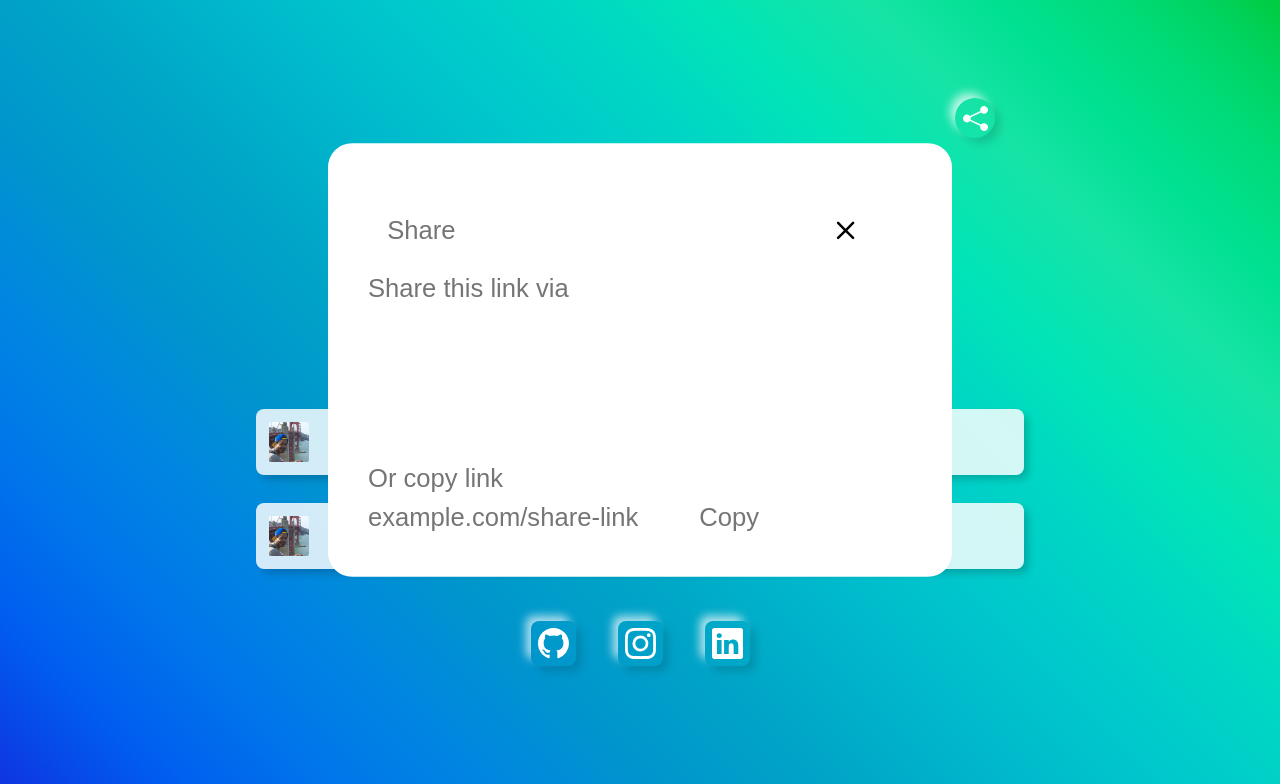
Repository: MateLaDBrouille97/linktree
Page: /
The author's editor kept a copy of each file at every save. The page is drawn from the files as they stood at one save, then again after the next save.
The browser window is 1280 px wide. The pictures show the whole page.
The project was rebuilt for these pictures with package versions that can differ from the ones it lists, and the page was loaded fresh each time. The framework's server and built-in components were replaced by stand-ins that run in the browser. Also part of the build but not shown: next.config.js, styles/Home.module.css, styles/scrollup.css.

Above is the page before, as saved 2023-01-23 21:35:37.

### app/layout.tsx
"use client";

import '@/styles/globals.css'
import '../styles/Home.module.css';
import '../styles/scrollup.css';
import '../styles/home.css';
import '../styles/socials.css';
import '../styles/share.css';
import ScrollDow from '../components/ScrollDow';
import ScrollUp from '../components/scrollup/ScrollUp'

export default function RootLayout({
    children,
  }: {
    children: React.ReactNode;
  }) {
    return (
      <html lang="en">
        <body>{children}</body>
        {/* <ScrollDow/> */}
        {/* <ScrollUp/> */}
      </html>
    );
  }

### app/page.tsx
"use client";

import Image from "next/image";
import data from "data.json";
import image from "../public/ManuelTL2.jpg";
import image1 from "../public/ManuelTL2.jpg";
import { useEffect, useState } from "react";
import Socials from "../components/Socials";
import Share from "@/components/Share";

function LinkCard({
  href,
  title,
  image,
}: {
  href: string;
  title: string;
  image?: string;
}) {
  return (
    <a
      href={href}
      className="flex items-center p-3 w-full rounded-lg hover:scale-105 transition-all bg-gray-100 mb-3 -mt-2 max-w-3xl home__linkcard-box"
    >
      <div className="flex text-center w-full home__linkcard-card">
        <div className="w-10 h-10 home__linkcard-img">
          {image1 && (
            <Image
              className="rounded-sm"
              alt={data.name}
              src={image1}
              width={40}
              height={40}
            />
          )}
        </div>
        <h2 className="flex justify-center items-center font-semibold w-full text-gray-700 -ml-10 home__linkcard-title">
          {title}
        </h2>
      </div>
    </a>
  );
}

export default function Home() {
  /*==================== Toggle Menu ====================== */
  const [toggle, showMenu] = useState(false);
  const [activeNav, setActiveNav] = useState("#home");

  /* +++++++++++++++++++++++++++++++++++++++++++++++++ */
  // const { dbUser, image } = useUserContext();

  // const breakpoints = (width) => {
  //   if (width < 640) {
  //     return "xs";
  //   } else if (width >= 640 && width < 768) {
  //     return "sm";
  //   } else if (width >= 768 && width < 1024) {
  //     return "md";
  //   } else if (width >= 1024) {
  //     return "lg";
  //   }
  // };

  // const [breakpoint, setBreakpoint] = useState(() =>
  //   breakpoints(typeof window !== "undefined" && window.innerWidth)
  // );

  useEffect(() => {
    if (toggle) {
      // const calcInnerWidth = function () {
      //   setBreakpoint(breakpoints(window.innerWidth));
      // };
      // window.addEventListener("resize", calcInnerWidth);
      window.addEventListener("scroll", function () {
        const header = this.document.querySelector(".header");
        //scroll higher than 200 viewport height
        //add scroll header class to a tag with the scroll-top
        if (this.scrollY >= 80) header?.classList.add("scroll-header");
        else header?.classList.remove("scroll-header");
      });
    }
  }, []);

  useEffect(() => {
    showMenu(true);
  }, []);

  return (
    <div className="flex items-center flex-col mx-auto w-full justify-center mt-16 px-8 ">
      <Share/>
      <a
        href="#home"
        onClick={() => setActiveNav("#home")}
        // className={
        //   activeNav === "#home" ? "nav__logo active-link" : "nav__logo"
        // }
      >
        <Image
          className="rounded-full"
          alt={data.name}
          src={image}
          width={96}
          height={96}
        />
      </a>

      <h1 className="font-semibold mt-4 mb-8 text-xl" style={{color:"white"}}>{data.name}</h1>
      <h3 className="home__description" style={{color:"white"}}>{data.small_description}</h3>

      <div className="grid place-items-center w-full mt-2">
        {data.links.map((link) => (
          <LinkCard key={link.href} {...link} />
        ))}
      </div>

      <div className="gap-3 items-center flex mt-10">
        {data?.socials?.map((social) => {
         return(

          <Socials title={social?.title} key={social?.href} />
          )
        })}
      </div>
    </div>
  );
}

### styles/globals.css
@tailwind base;
@tailwind components;
@tailwind utilities;

body{
  height:100vh;
  background-image: linear-gradient(
  45deg,
  hsl(229deg 88% 47%) 0%,
  hsl(217deg 100% 47%) 8%,
  hsl(210deg 100% 46%) 16%,
  hsl(204deg 100% 44%) 24%,
  hsl(196deg 100% 40%) 32%,
  hsl(190deg 100% 39%) 41%,
  hsl(186deg 100% 40%) 49%,
  hsl(181deg 100% 40%) 57%,
  hsl(175deg 100% 42%) 65%,
  hsl(168deg 99% 45%) 72%,
  hsl(162deg 82% 49%) 80%,
  hsl(159deg 100% 44%) 86%,
  hsl(153deg 100% 43%) 92%,
  hsl(146deg 100% 41%) 97%,
  hsl(138deg 100% 40%) 100%
);
}

@import  url('https://api.iconify.design/material-symbols/arrow-upward.svg');

/*=============== GOOGLE FONTS ===============*/
@import url("https://fonts.googleapis.com/css2?family=Poppins:wght@400;500;600&display=swap");

/*=================== NEXT.JS ================*/

html,
body {
  padding: 0;
  margin: 0;
  font-family: -apple-system, BlinkMacSystemFont, Segoe UI, Roboto, Oxygen,
    Ubuntu, Cantarell, Fira Sans, Droid Sans, Helvetica Neue, sans-serif;
}

h1 {
  font-size: 1.75rem;
}




/*=============== VARIABLES CSS ===============*/
:root {
  --header-height: 3rem;

  /*========== Colors ==========*/
  /*Color mode HSL(hue, saturation, lightness)*/
  --hue: 0;
  --sat: 0%;
  --title-color: hsl(var(--hue), var(--sat), 20%);
  --title-color-dark: hsl(var(--hue), var(--sat), 0%);
  --text-color: hsl(var(--hue), var(--sat), 46%);
  --body-color: hsl(var(--hue), var(--sat), 98%);
  --container-color: #fff;

  /*========== Font and typography ==========*/
  --body-font: "Poppins", sans-serif;

  /*.5rem = 8px | 1rem = 16px ...*/
  --big-font-size: 3.5rem;
  --h1-font-size: 2.75rem;
  --h2-font-size: 1.5rem;
  --h3-font-size: 1.25rem;
  --normal-font-size: 1rem;
  --small-font-size: 0.875rem;
  --smaller-font-size: 0.813rem;
  --tiny-font-size: 0.625rem;

  /*========== Font weight ==========*/
  --font-normal: 400;
  --font-medium: 500;
  --font-semi-bold: 600;

  /*========== Margenes Bottom ==========*/
  /*.5rem = 8px | 1rem = 16px ...*/
  --mb-0-25: 0.25rem;
  --mb-0-5: 0.5rem;
  --mb-0-75: 0.75rem;
  --mb-1: 1rem;
  --mb-1-5: 1.5rem;
  --mb-2: 2rem;
  --mb-2-5: 2.5rem;
  --mb-3: 3rem;

  /*========== z index ==========*/
  --z-tooltip: 10;
  --z-fixed: 100;
  --z-modal: 1000;
}

/* Responsive typography */
@media screen and (max-width: 992px) {
  :root {
    --big-font-size: 2.75rem;
    --h1-font-size: 1.5rem;
    --h2-font-size: 1.25rem;
    --h3-font-size: 1rem;
    --normal-font-size: 0.938rem;
    --small-font-size: 0.813rem;
    --smaller-font-size: 0.75rem;
  }
}

/*=============== BASE ===============*/
* {
  margin: 0;
  padding: 0;
  box-sizing: border-box;
}

html {
  scroll-behavior: smooth;
}

body,
button,
input,
textarea {
  font-family: var(--body-font);
  font-size: var(--normal-font-size);
}

body {
  background-color: var(--body-color);
  color: var(--text-color);
}

h1,
h2,
h3 {
  color: var(--title-color);
  font-weight: var(--font-semi-bold);
}

ul {
  list-style: none;
}

a {
  text-decoration: none;
}

button {
  cursor: pointer;
  border: none;
  outline: none;
}

img {
  max-width: 100%;
  height: auto;
}

/*=============== REUSABLE CSS CLASSES ===============*/
.section {
  padding: 6rem 0 2rem;
}

.section__title {
  font-size: var(--h1-font-size);
  color: var(--title-color);
}

.section__subtitle {
  display: block;
  font-size: var(--normal-font-size);
  margin-bottom: 4rem;
}

.section__title,
.section__subtitle {
  text-align: center;
}

/*=============== LAYOUT ===============*/
.container {
  max-width: 968px;
  margin-left: auto;
  margin-right: auto;
}

.grid {
  display: grid;
  gap: 1.5rem;
}

/*=============== BUTTONS ===============*/
.button {
  display: inline-block;
  background-color:rgb(100, 189, 140);
  color: var(--container-color);
  padding: 1.25rem 2rem;
  border-radius: 1rem;
  font-weight: var(--font-medium);
}

.button:hover {
  background-color: rgb(81, 209, 138);
  color: var(--container-color);
}

.button__icon {
  margin-left: var(--mb-0-5);
}

.button--flex {
  display: inline-flex;
  align-items: center;

}




/*=============== BREAKPOINTS ===============*/
/* For large devices */
@media screen and (max-width: 992px) {
  .container {
    margin-left: var(--mb-1-5);
    margin-right: var(--mb-1-5);
  }

  .button {
    padding: 1rem 1.75rem;
  }

  .button__icon {
    width: 22px;
    height: 22px;
  }
}

/* For medium devices */
@media screen and (max-width: 768px) {
  body {
    margin: 0 0 var(--header-height) 0;
  }

  .section {
    padding: 2rem 0 4rem;
  }

  .section__subtitle {
    margin-bottom: var(--mb-3);
  }
}

@media screen and (max-width: 576px) {

}

/* For small devices */
@media screen and (max-width: 350px) {
  :root {
    --big-font-size: 2.25rem;
  }

  .container {
    margin-left: var(--mb-1);
    margin-right: var(--mb-1);
  }
}

### styles/home.css
.home__container{
    row-gap: 7rem;
}

.home__content{
    grid-template-columns: 116px repeat(2, 1fr);
    padding-top: 5.5rem;
    column-gap: 2rem;
    align-items: center;
}

.home__social{
    display:grid;
    grid-template-columns: max-content;
    row-gap: 1rem;
}

.home__social-icon{
    font-size:1.25rem;
    color: var(--title-color);
}

.home__social-icon:hover{
    color:rgb(165, 30, 75);
}



.home__social-icon:hover{
    color: var(--title-color-dark);
}

.home__title{
    font-size:var(--h1-font-size);
    margin-bottom:var(--mb-0-25);
}

.home__hand{
    width: 38px;
    height: 38px;
    margin-left: 0.4rem;
}

.home__subtitle{
    position: relative;
    font-size:var(--h3-font-size);
    padding-left: 5.4rem;
    font-weight: var(--font-normal);
    margin-bottom: var(--mb-1);
}

.home__subtitle::before{
    content:'';
    position:absolute;
    width: 70px;
    height:1px;
    background-color:var(--text-color);
    left:0;
    top:1rem;
}

.home__description{
    max-width:400px;
    margin-bottom: var(--mb-3);
    line-height: 1.7;
}

.home__linkcard-box{
    background-color: rgba(255, 255, 255, 0.829);
    border-color: whitesmoke;
    border-width: 3px;
    transition: transform 0.5s;
    box-shadow: 5px 5px 9px -1px rgba(0,0,0,0.2);

    border: 1px solid rgba(0,0,0,0);
    transition: transform 0.5s;
}

.home__linkcard-box:hover{
    box-shadow: 10px 10px 0px -1px rgba(0,0,0,0.15),
                1px 1px 0.5px  rgba(0,0,0,0.15),
                0px -12px 10px -10px  rgba(0,0,0,0.05);
     border: 1px solid   rgba(0,0,0,0.1);
    /* transform:translateY(-2px)  ;    */
}

.home__linkcard-box::after{
    transition: transform 0.5s;
}

.home__linkcard-box:hover::after .home__linkcard-title {
    transition: transform 0.7s;
}

.home__linkcard-box:hover::after .home__linkcard-img {
    transition: transform 0.7s;
}

.home__linkcard-box:hover .home__linkcard-title{
    transform:scale(1.05);
    transition: transform 0.5s;
}

.home__linkcard-box:hover .home__linkcard-img{
    transform:scale(1.15);
    transition: transform 0.5s;
}




.home__img{
/* background: url(../../assets/Mur.jpg); */
background-repeat: no-repeat;
background-position: center;
background-size: cover;
box-shadow: inset 0 0 0 9px rgb(255 255 255/30%);
order: 1;
justify-self: center;
width:375px ;
height: 350px;
animation: profile__animate 8s ease-in-out infinite 1s;
}

@keyframes profile__animate {
    0%{
        border-radius: 60% 40% 30% 70%/60% 30% 70% 40%;
    }

    50%{
        border-radius: 30% 60% 70% 40%/50% 60% 30% 60%;
    }

    100%{
        border-radius: 60% 40% 30% 70%/60% 30% 70% 40%;
    }
}

.home__scroll{
    position:fixed;
    left: 2.5rem;
    bottom: 3rem;
    /* opacity:0.8; */
    padding:0.3rem 0.5rem;
    border-radius:0.4rem;
    z-index: var(--z-tooltip);
    transition: .4s;
}


.wheel {
    animation: scroll 2s ease infinite;
}

@keyframes scroll{
    0% {
        transform: translateY(0);
    }
    30% {
        transform: translateY(3.7rem);
    }

}


.home__scroll-name{
    color: rgba(255, 255, 255, 0.829);
    font-weight: var(--font-medium);
    margin-right: var(--mb-0-25);
    margin-left: 2px;
}

.home__scroll-arrow{
    font-size: 1.25rem;
    color: rgba(255, 255, 255, 0.829);
}


/*=============== BREAKPOINTS ===============*/
/* For large devices */
@media screen and (max-width: 992px) {
    .home__content{
        grid-template-columns: 100px repeat(2, 1fr);
        column-gap: 1.25rem;

    }

    .home__hand{
        width:26px;
        height:26px;
    }

    .home__subtitle{
        padding-left: 3.75rem;
        margin-bottom: var(--mb-1);

    }

    .home__subtitle::before {
        width:42px;
        top:0.8rem;
    }

    .home__description{
        max-width: initial;
        margin-bottom: var(--mb-2-5);
    }

    .home__img{
        width:250px;
        height:250px;
        box-shadow:inset 0 0 0 8px rgb(255 255 255/30%)
    }

    .home__scroll{
        margin-left: 7.5rem;
    }



  }

  /* For medium devices */
  @media screen and (max-width: 768px) {
    .home__content{
        grid-template-columns: 0.5fr 3fr;
        padding-top: 3.5rem;
    }

    .home__img{
        order:initial;/* ordre d'apparition de l'element*/
        justify-self: initial;
        box-shadow: inset 0 0 0 9px rgb(255 255 255/30%);
        width:200px;
        height: 200px;
    }

    .home__data{
        grid-column:1/3;
    }

    .home__scroll{
        display:none;
    }


  }



  /* For small devices */
  @media screen and (max-width: 350px) {


    .home__img{

        width:180px ;
        height: 180px;
    }

    .home__hand{
        width:22px;
        height:22px;
    }


  }

### styles/socials.css
/* .social__link{
    color: var(--container-color);
    font-size: 1.125rem;
    padding: 0.4rem;
    border-radius:1.5rem;
    display: inline-flex;
} */
/*
.social__link:hover{
    background-color:rgba(44, 203, 224, 0.986);
} */

.social__link{
    display:flex;
    /* background-color: var(--container-color); */
    color: var(--container-color);
    height: 45px;
    width: 45px;
    margin: 0 15px;
    border-radius: 8px;
    align-items: center;
    justify-content:center;
    text-decoration: none;
    box-shadow: 6px 6px 10px -1px rgba(0,0,0,0.15),
                -6px -6px 10px -1px rgba(255,255,255,0.7);
    border: 1px solid   rgba(0,0,0,0);
    transition: transform 0.5s;
}

a svg {
    font-size: 38px;
    color: white;
    transition: transform 0.5s;
}


.social__link:hover{
    background-color: rgba(255, 255, 255, 0.829);
    box-shadow: inset 4px 4px 6px -1px rgba(0,0,0,0.2),
                inset -4px -4px 6px -1px rgba(255,255,255,0.7),
                -0.5px -0.5px 0px  rgba(255,255,255,1),
                0.5px 0.5px 0px  rgba(0,0,0,0.15),
                0px -12px 10px -10px  rgba(0,0,0,0.05);
    border: 1px solid   rgba(0,0,0,0.1);
    transform:translateY(2px)  ;
}


a:hover svg{
    transform: scale(1.10);
    fill: black;
    transition: transform 0.5s;
}

a:hover .bi-linkedin{
    fill:rgb(18, 83, 203) ;
    transform:scale(1.10);
    transition: transform 0.5s;
}

a:hover .bi-instagram{
    fill:#e64771;
    transform:scale(1.10);
    transition: transform 0.5s;
}


/*=============== BREAKPOINTS ===============*/
/* For large devices */
@media screen and (max-width: 992px) {


    .social__link:hover{

        box-shadow: inset 4px 4px 6px -1px rgba(0,0,0,0.2),
                    inset -4px -4px 6px -1px rgba(255,255,255,0.7),
                    -0.5px -0.5px 0px  rgba(255,255,255,1),
                    0.5px 0.5px 0px  rgba(0,0,0,0.15),
                    0px -12px 10px -10px  rgba(0,0,0,0.05);
        border: 1px solid   rgba(0,0,0,0.1);
        transform:translateY(2px)  ;
    }




  }

  /* For medium devices */
  @media screen and (max-width: 768px) {




  }



  /* For small devices */
  @media screen and (max-width: 350px) {





  }

### styles/share.css
/*          Share   Items  */

.share-link{
    display:flex;
    /* background-color: var(--container-color); */
    color: var(--container-color);
    height: 45px;
    width: 45px;
    margin: 0 15px;
    border-radius: 22px;
    align-items: center;
    justify-content:center;
    text-decoration: none;
    box-shadow: 6px 6px 10px -1px rgba(0,0,0,0.15),
                -6px -6px 10px -1px rgba(255,255,255,0.7);
    border: 1px solid   rgba(0,0,0,0);
    transition: transform 0.5s;
}

.share-link:hover{
    background-color: rgba(255, 255, 255, 0.829);
    box-shadow: inset 4px 4px 6px -1px rgba(0,0,0,0.2),
                inset -4px -4px 6px -1px rgba(255,255,255,0.7),
                -0.5px -0.5px 0px  rgba(255,255,255,1),
                0.5px 0.5px 0px  rgba(0,0,0,0.15),
                0px -12px 10px -10px  rgba(0,0,0,0.05);
    border: 1px solid   rgba(0,0,0,0.1);
    transform:translateY(2px)  ;
}



/* .share-link .bi-share-fill{
    fill: white;
} */

.share-link:hover .bi-share-fill{
    fill: black;
    transform:scale(1.10);
    transition: transform 0.5s;

}

header{
    width:95%;
    max-width: 788px;
    display: flex;
    justify-content: flex-end;
    padding: 12px;
    margin-top: 5px;
}

.share-button{
    width: 40px;
    height: 40px;
    border-radius:20px;
    color: var(--container-color);

}

ul{
}

.content{
}

.share{
    width:95%;
    max-width: 788px;
    display: flex;
    justify-content: flex-end;
    padding: 12px;
    margin-top: 5px;
}

.modal-share{
    position: absolute;
    top: 50%;
    left: 50%;
    transform: translate(-50%,-50%) scale(1.6);
    background : var(--container-color);
    padding: 25px;
    border-radius: 15px;
    max-width: 390px;
    width: 100%;
}

.modal-share header{
    display: flex;
    align-items: center;
    justify-content: space-between;
}

### components/Socials.tsx
function GitHubIcon() {
  return (
    <a href="https://github.com/LuckyMate97" className="social__link">
      <svg xmlns="http://www.w3.org/2000/svg" width="31" height="31" fill="white" className="bi bi-github" viewBox="0 0 16 16"> <path d="M8 0C3.58 0 0 3.58 0 8c0 3.54 2.29 6.53 5.47 7.59.4.07.55-.17.55-.38 0-.19-.01-.82-.01-1.49-2.01.37-2.53-.49-2.69-.94-.09-.23-.48-.94-.82-1.13-.28-.15-.68-.52-.01-.53.63-.01 1.08.58 1.23.82.72 1.21 1.87.87 2.33.66.07-.52.28-.87.51-1.07-1.78-.2-3.64-.89-3.64-3.95 0-.87.31-1.59.82-2.15-.08-.2-.36-1.02.08-2.12 0 0 .67-.21 2.2.82.64-.18 1.32-.27 2-.27.68 0 1.36.09 2 .27 1.53-1.04 2.2-.82 2.2-.82.44 1.1.16 1.92.08 2.12.51.56.82 1.27.82 2.15 0 3.07-1.87 3.75-3.65 3.95.29.25.54.73.54 1.48 0 1.07-.01 1.93-.01 2.2 0 .21.15.46.55.38A8.012 8.012 0 0 0 16 8c0-4.42-3.58-8-8-8z"/> </svg>
    </a>
  );
}

function InstagramIcon() {
  return (
    <a href="https://www.instagram.com/oto.mata33/" className="social__link">
      <svg xmlns="http://www.w3.org/2000/svg" width="31" height="31" fill="white" className="bi bi-instagram" viewBox="0 0 16 16"> <path d="M8 0C5.829 0 5.556.01 4.703.048 3.85.088 3.269.222 2.76.42a3.917 3.917 0 0 0-1.417.923A3.927 3.927 0 0 0 .42 2.76C.222 3.268.087 3.85.048 4.7.01 5.555 0 5.827 0 8.001c0 2.172.01 2.444.048 3.297.04.852.174 1.433.372 1.942.205.526.478.972.923 1.417.444.445.89.719 1.416.923.51.198 1.09.333 1.942.372C5.555 15.99 5.827 16 8 16s2.444-.01 3.298-.048c.851-.04 1.434-.174 1.943-.372a3.916 3.916 0 0 0 1.416-.923c.445-.445.718-.891.923-1.417.197-.509.332-1.09.372-1.942C15.99 10.445 16 10.173 16 8s-.01-2.445-.048-3.299c-.04-.851-.175-1.433-.372-1.941a3.926 3.926 0 0 0-.923-1.417A3.911 3.911 0 0 0 13.24.42c-.51-.198-1.092-.333-1.943-.372C10.443.01 10.172 0 7.998 0h.003zm-.717 1.442h.718c2.136 0 2.389.007 3.232.046.78.035 1.204.166 1.486.275.373.145.64.319.92.599.28.28.453.546.598.92.11.281.24.705.275 1.485.039.843.047 1.096.047 3.231s-.008 2.389-.047 3.232c-.035.78-.166 1.203-.275 1.485a2.47 2.47 0 0 1-.599.919c-.28.28-.546.453-.92.598-.28.11-.704.24-1.485.276-.843.038-1.096.047-3.232.047s-2.39-.009-3.233-.047c-.78-.036-1.203-.166-1.485-.276a2.478 2.478 0 0 1-.92-.598 2.48 2.48 0 0 1-.6-.92c-.109-.281-.24-.705-.275-1.485-.038-.843-.046-1.096-.046-3.233 0-2.136.008-2.388.046-3.231.036-.78.166-1.204.276-1.486.145-.373.319-.64.599-.92.28-.28.546-.453.92-.598.282-.11.705-.24 1.485-.276.738-.034 1.024-.044 2.515-.045v.002zm4.988 1.328a.96.96 0 1 0 0 1.92.96.96 0 0 0 0-1.92zm-4.27 1.122a4.109 4.109 0 1 0 0 8.217 4.109 4.109 0 0 0 0-8.217zm0 1.441a2.667 2.667 0 1 1 0 5.334 2.667 2.667 0 0 1 0-5.334z"/> </svg>
    </a>
  );
}

function LinkedInIcon() {
  return (
    <a href="https://ca.linkedin.com/" className="social__link">
      <svg xmlns="http://www.w3.org/2000/svg" width="31" height="31" fill="white" className="bi bi-linkedin" viewBox="0 0 16 16"> <path d="M0 1.146C0 .513.526 0 1.175 0h13.65C15.474 0 16 .513 16 1.146v13.708c0 .633-.526 1.146-1.175 1.146H1.175C.526 16 0 15.487 0 14.854V1.146zm4.943 12.248V6.169H2.542v7.225h2.401zm-1.2-8.212c.837 0 1.358-.554 1.358-1.248-.015-.709-.52-1.248-1.342-1.248-.822 0-1.359.54-1.359 1.248 0 .694.521 1.248 1.327 1.248h.016zm4.908 8.212V9.359c0-.216.016-.432.08-.586.173-.431.568-.878 1.232-.878.869 0 1.216.662 1.216 1.634v3.865h2.401V9.25c0-2.22-1.184-3.252-2.764-3.252-1.274 0-1.845.7-2.165 1.193v.025h-.016a5.54 5.54 0 0 1 .016-.025V6.169h-2.4c.03.678 0 7.225 0 7.225h2.4z"/> </svg>
    </a>
  );
}

function Socials({ title }:{title?:string;}) {
  if (title == "Instagram") {
    return <InstagramIcon  />;
  }
  if (title == "Github") {
    return <GitHubIcon  />;
  }
  if (title == "LinkedIn") {
    return <LinkedInIcon  />;
  }
}

export default Socials;

Loaded but not shown: data.json (35 lines, source omitted); tailwind.config.js (13 lines, source omitted); components/Share.tsx (116 lines, source omitted)

After the next save:
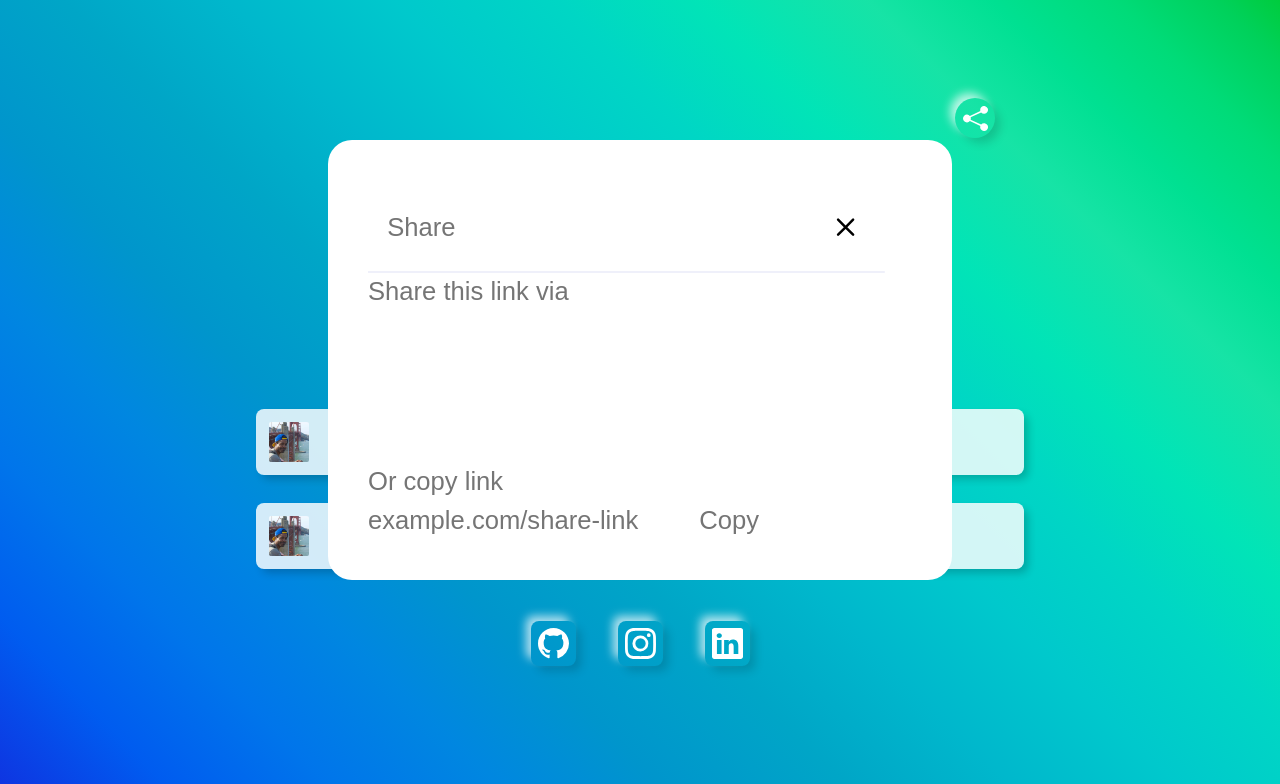
Saved 79 s later.
--- a/styles/share.css
+++ b/styles/share.css
@@ -89,4 +89,6 @@ ul{
     display: flex;
     align-items: center;
     justify-content: space-between;
+    padding-bottom: 15px;
+    border-bottom: 1px solid #ebedf9;
 }
